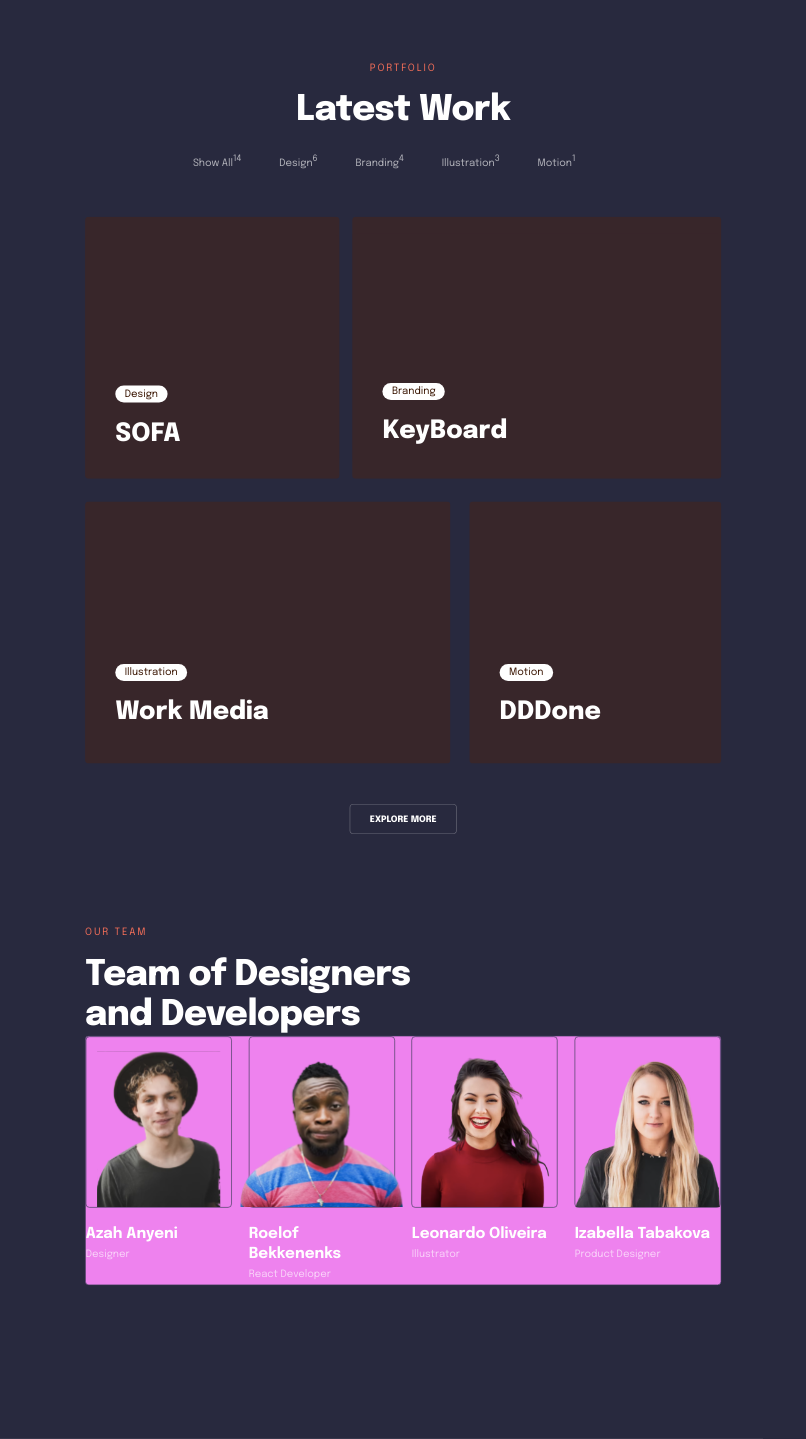
Repository: FidanXankishiyeva/figma-positions-task
Page: index.html
An editor plug-in stored every save of this project. The page is shown before and after the next save, followed by the edit.
The browser window is 1280 px wide. The pictures show the whole page, at 63% of full size.

Above is the page before, as saved 2023-08-10 13:52:01.

After the next save:
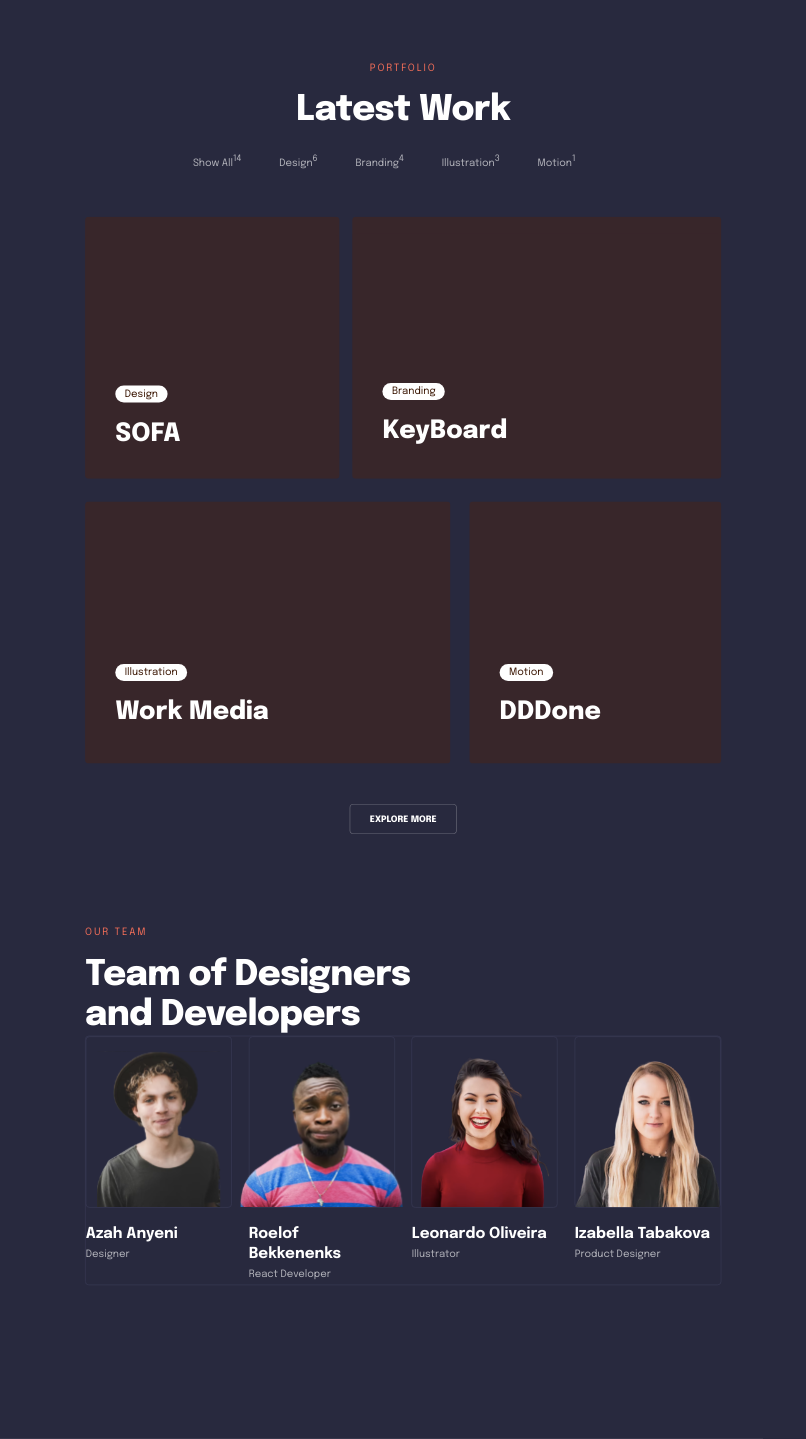
Saved 8 s later.
--- a/index.css
+++ b/index.css
@@ -301,7 +301,6 @@ button {
     justify-content: space-between;
     border-radius: 6px;
     border: 1px solid #3a3c56;
-    background-color: violet;
 }
 .team-person ul li {
     list-style-type: none;
